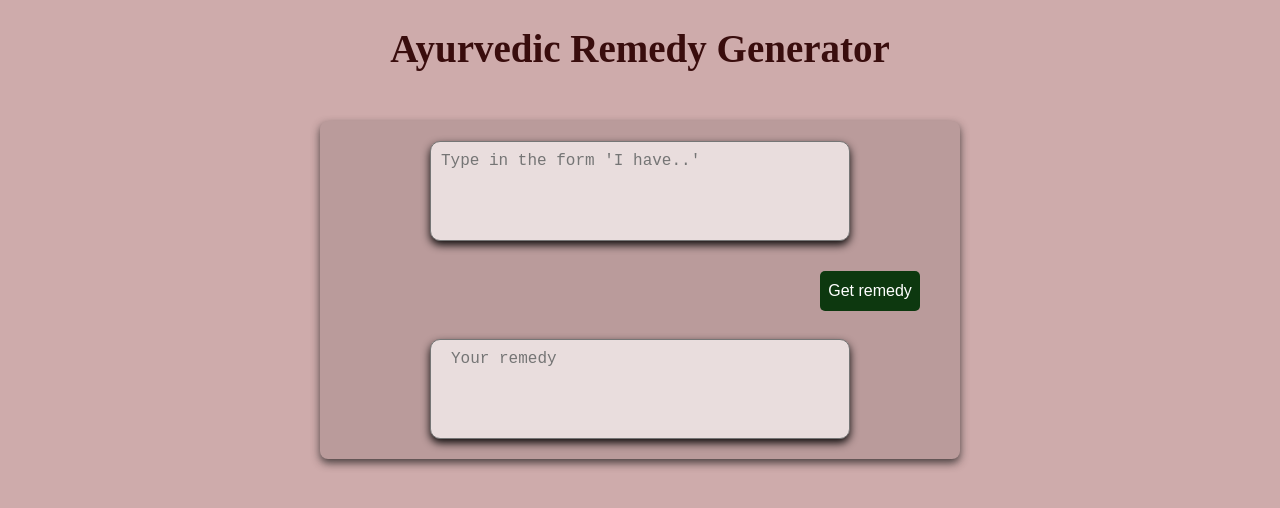
Repository: krutarthh/Ayurvedic-Remedy
Page: index.html
An editor plug-in stored every save of this project. The page is shown before and after the next save, followed by the edit.
The browser window is 1280 px wide. The pictures show the whole page.

Above is the page before, as saved 2024-04-06 21:24:01.

### index.html
<!DOCTYPE html>
<html>
  <head>

    <script type="importmap">
      {
        "imports": {
          "@google/generative-ai": "https://esm.run/@google/generative-ai"
        }
      }
    </script>
  </head>
  <body>

    <h1 id="main_title">Ayurvedic Remedy Generator</h1>
    <div class="container">
    <link rel="stylesheet" href="app.css">

      <textarea id="user_input" placeholder="Type in the form 'I have..'" type="container"></textarea>




    <button id="Send" type="container">Get remedy</button>

      <br><br>
      <textarea id="answer" placeholder="Your remedy"type="container"></textarea>

  </div>
    <script type="module" src="app.js"></script>




</body>
</html>

### app.css
/* app.css */
body {
    background: #ceabab;
}
.container {

    max-width: 600px;
    margin: 50px auto;
    padding: 20px;
    background-color: #ba9b9b;;
    border-radius: 8px;
    box-shadow: 0 4px 8px rgba(62, 55, 55, 0.931);
}
#user_input,
#answer {
    width: 70%;
    padding: 10px;
    font-size: 16px;
background-color: #e9dddd;
    border-radius: 10px; /* Add border-radius property with a value of 10px */
    box-sizing: border-box;
    resize: none;
    height: 100px;
    margin: 0 auto;
    display: block;
    box-shadow: 0 4px 8px rgba(0, 0, 0, 0.931);
}

#user_input {
    margin-bottom: 10px;
}

#Send {
    width: 100px;
    height: 40px;
    background-color: #0d380f;
    color: white;
    border: none;
    border-radius: 5px;
    font-size: 16px;
    cursor: pointer;
    margin-left: 80% ;
    margin-top: 20px;
}

#answer {
    padding-left: 20px;
    margin-top: 10px;
}

#main_title {
    text-align: center;
    font-size: 39px;
    color: #390d0d;
    margin-bottom: 20px;
}

### app.js
import { GoogleGenerativeAI } from "@google/generative-ai";


const API_KEY = "AIzaSyDBtZZsASIYVyQiLgik32sfZeJjd2X8IPQ";


const genAI = new GoogleGenerativeAI(API_KEY);

const model = genAI.getGenerativeModel({ model: "gemini-pro" });


const user_input = document.getElementById("user_input");
const answer_area = document.getElementById("answer");
const send_button = document.getElementById("Send");

user_input.addEventListener("keyup", (event) => {
    if (event.key === "Enter") {
        send_button.click();
    }
});

send_button.addEventListener("click", async () => {
    const question = user_input.value;
    const answer = await generateText(question + "give me a ayurvedic remidy, the answer should be short and specific behave like a chatbot dont format your answers just give simple text answers.");
    console.log(answer);
    const filtered_answer = answer.replace(/\*/g, '');
    console.log(filtered_answer);
    answer_area.textContent = filtered_answer;
});

async function generateText(prompt) {

    const result = await model.generateContent(prompt);
    const response = await result.response;
    const text = await response.text();
    return text;
}

After the next save:
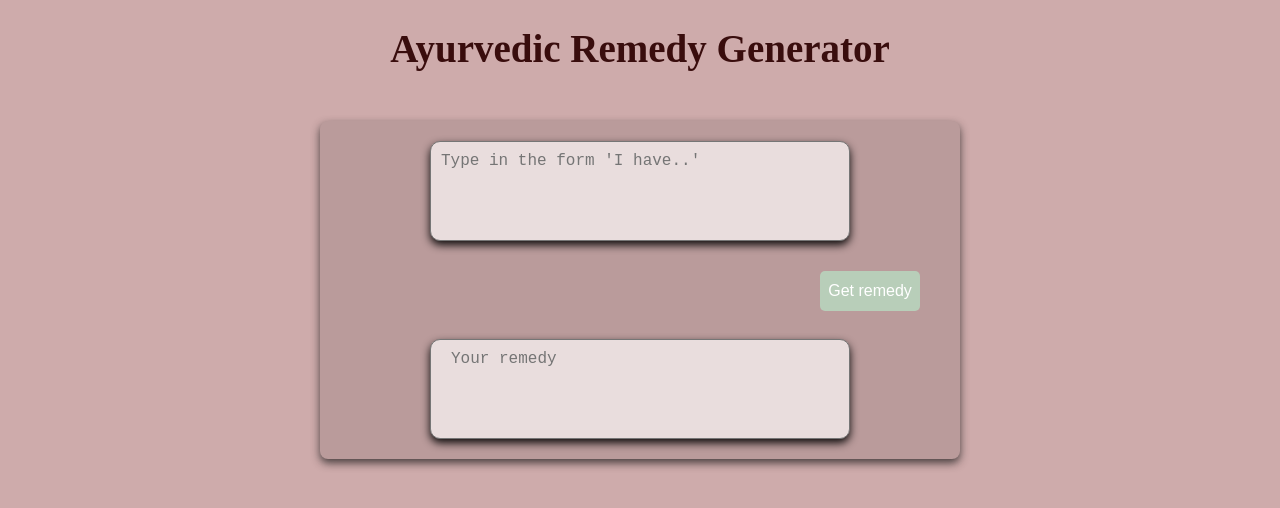
Saved 6 s later.
--- a/app.css
+++ b/app.css
@@ -33,7 +33,7 @@ background-color: #e9dddd;
 #Send {
     width: 100px;
     height: 40px;
-    background-color: #0d380f;
+    background-color: #b8ceb9;
     color: white;
     border: none;
     border-radius: 5px;
